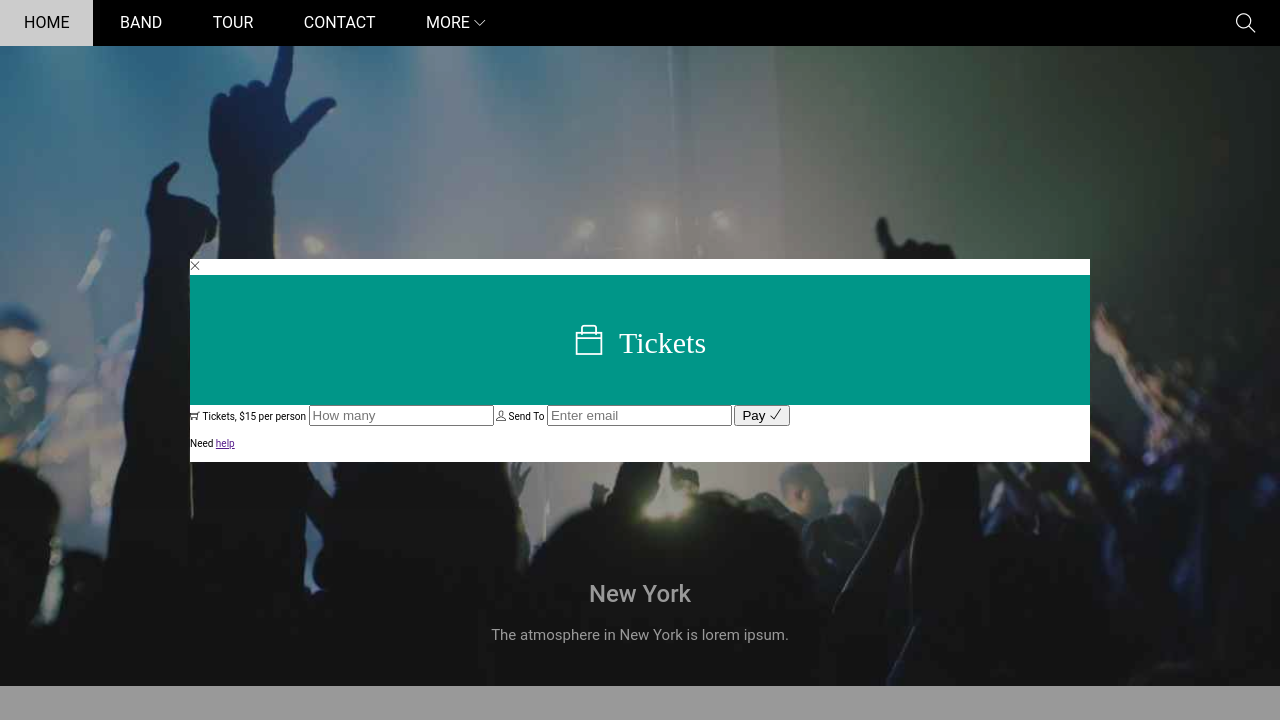
Repository: vuongld315/myLandingPage
Page: index.html
These files come from the project's save history. The page is drawn as it stood at one moment and after the next save; the edit follows.
The browser window is 1280 px wide. The pictures show the window.
A layer covers the whole window, so only the first screen is drawn.

Above is the page before, as saved 2022-07-27 11:59:07.

After the next save:
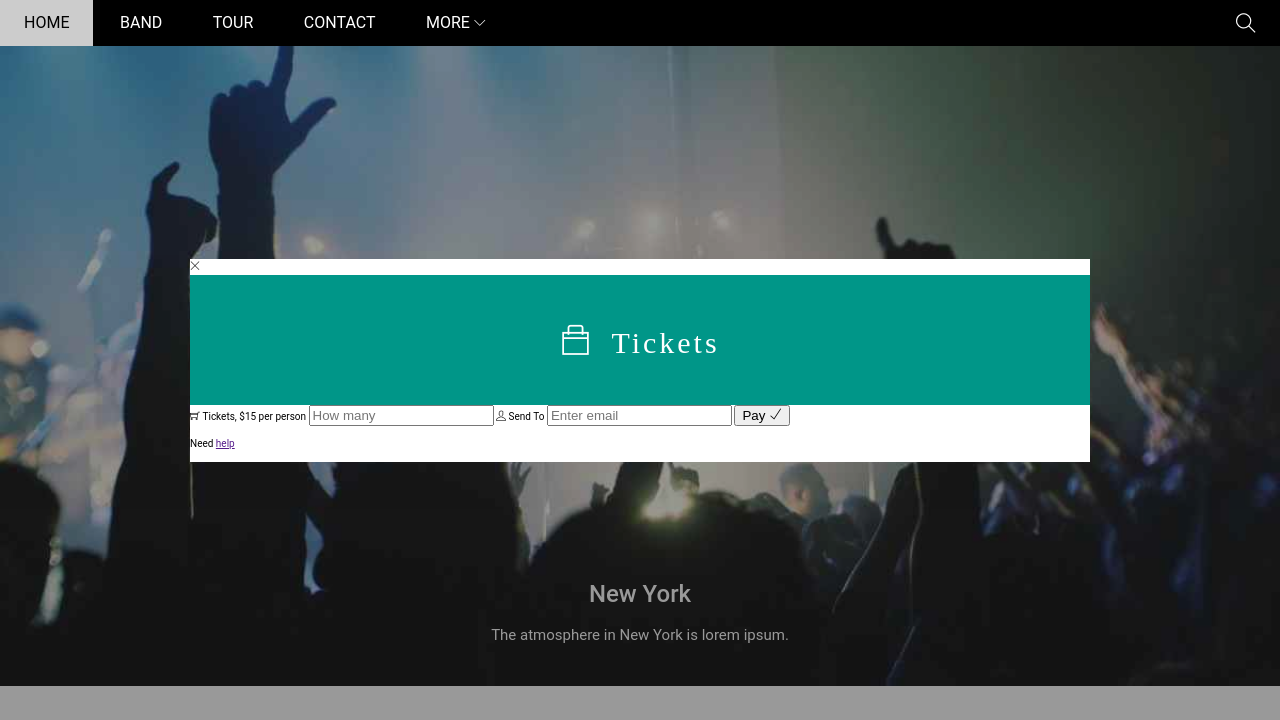
Saved 10 s later.
--- a/assets/css/main.css
+++ b/assets/css/main.css
@@ -290,7 +290,7 @@ body    {
     justify-content: center;
     align-items: center;
     font-size: 30px;
-    letter-spacing: ;
+    letter-spacing: 3px;
 }
 
 
